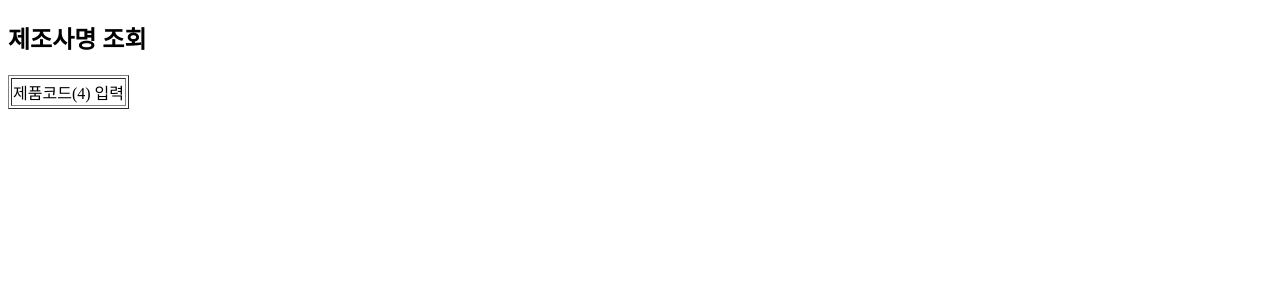
Repository: yyb03054/initProject
Page: http://localhost/examination/
These files come from the project's save history. The page is drawn as it stood at one moment and after the next save; the edit follows.
The browser window is 1280 px wide. The pictures show the whole page.
The page is served by Tomcat 9.

Above is the page before, as saved 2022-02-10 02:39:30.

After the next save:
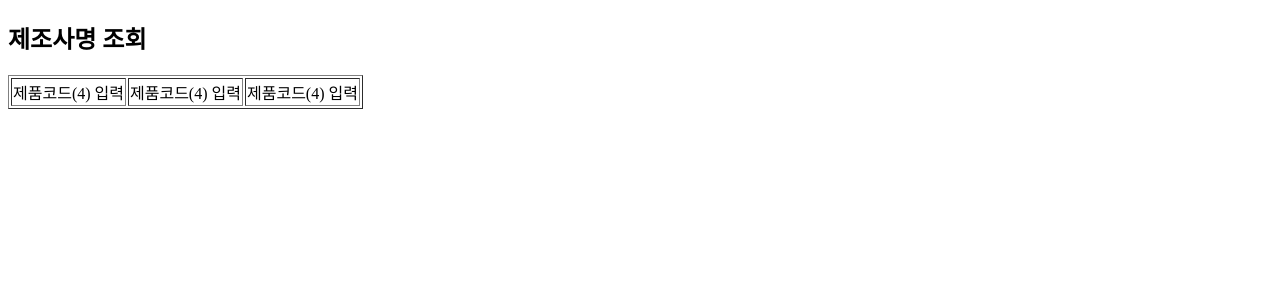
Saved 11 s later.
--- a/examination/WebContent/index.jsp
+++ b/examination/WebContent/index.jsp
@@ -13,6 +13,12 @@
 	   								<td>
 	   												제품코드(4) 입력
 	   								</td>
+	   								<td>
+	   												제품코드(4) 입력
+	   								</td>
+	   								<td>
+	   												제품코드(4) 입력
+	   								</td>
 	   				</tr>
 	   </table>
 </body>
